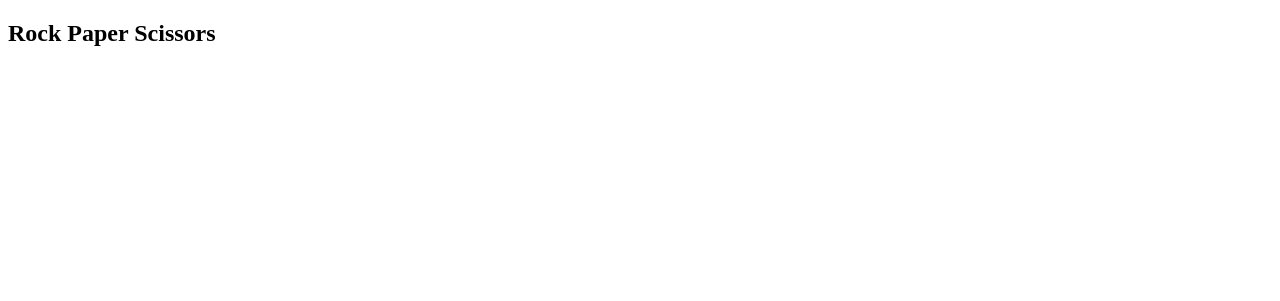
Repository: Aaryan-Poria/Rock-Paper-Scissors
Page: index.html
The author's editor kept a copy of each file at every save. The page is drawn from the files as they stood at one save, then again after the next save.
The browser window is 1280 px wide. The pictures show the whole page.

Above is the page before, as saved 2023-08-20 15:51:14.

### index.html
<!DOCTYPE html>
<html lang="en">
  <head>
    <meta charset="UTF-8" />
    <meta name="viewport" content="width=device-width, initial-scale=1.0" />
    <title>Rock Paper Scissors</title>
  </head>

  <body>
    <section class="head">
      <h2>Rock Paper Scissors</h2>
    </section>
  </body>
</html>

After the next save:
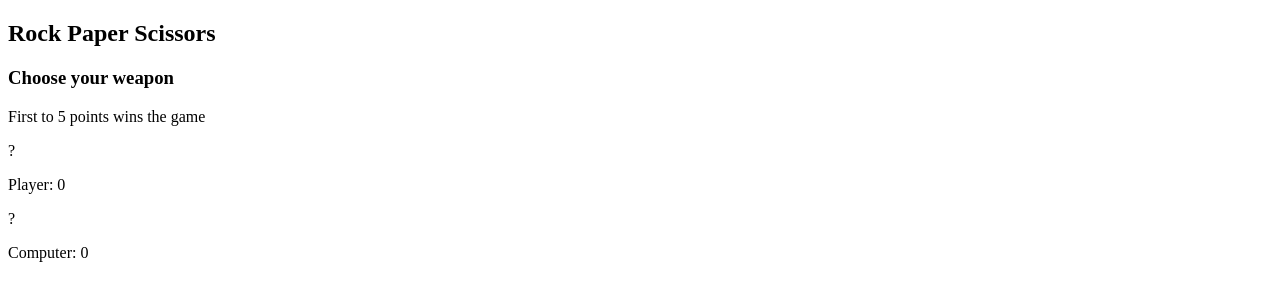
Saved 7 min 15 s later.
--- a/index.html
+++ b/index.html
@@ -10,5 +10,19 @@
     <section class="head">
       <h2>Rock Paper Scissors</h2>
     </section>
+    <section class="main">
+      <div class="main-text">
+        <h3>Choose your weapon</h3>
+        <p>First to 5 points wins the game</p>
+      </div>
+      <div class="player-text">
+        <p class="qmark 1">?</p>
+        <p class="score 1">Player: 0</p>
+      </div>
+      <div class="comp-text">
+        <p class="qmark 2">?</p>
+        <p class="score 2">Computer: 0</p>
+      </div>
+    </section>
   </body>
 </html>

After the save that followed:
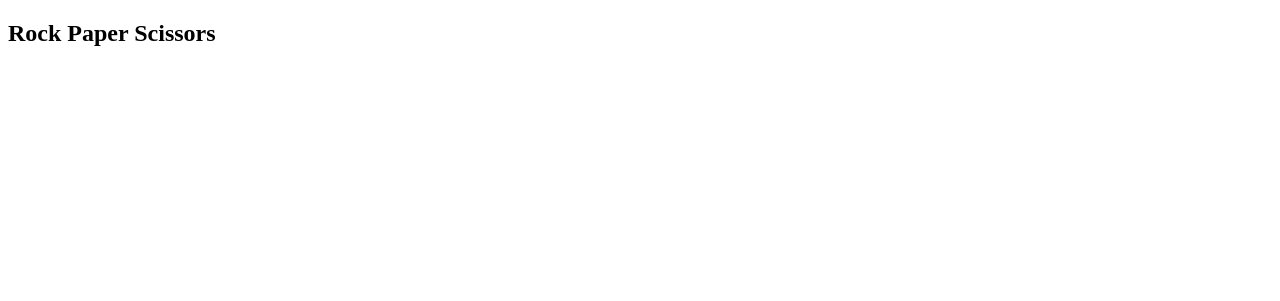
Saved 37 s later.
--- a/index.html
+++ b/index.html
@@ -10,7 +10,7 @@
     <section class="head">
       <h2>Rock Paper Scissors</h2>
     </section>
-    <section class="main">
+    <!-- <section class="main">
       <div class="main-text">
         <h3>Choose your weapon</h3>
         <p>First to 5 points wins the game</p>
@@ -23,6 +23,6 @@
         <p class="qmark 2">?</p>
         <p class="score 2">Computer: 0</p>
       </div>
-    </section>
+    </section> -->
   </body>
 </html>
